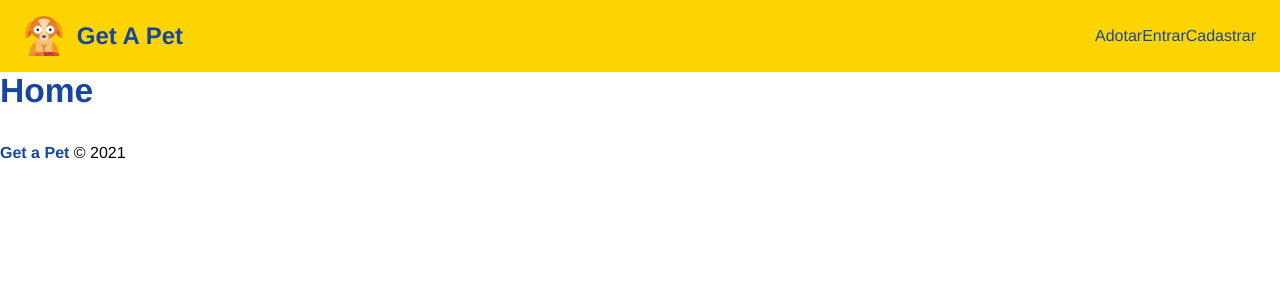
Repository: daviresende03/Get_a_Pet
Page: / (app in frontend/)
These files come from the project's save history. The page is drawn as it stood at one moment and after the next save; the edit follows.
The browser window is 1280 px wide. The pictures show the whole page.
The project was rebuilt for these pictures with package versions that can differ from the ones it lists, and the page was loaded fresh each time. Also part of the build but not shown: frontend/src/components/pages/Auth/Login.js, frontend/src/components/pages/Auth/Register.js.

Above is the page before, as saved 2023-02-17 23:22:57.

After the next save:
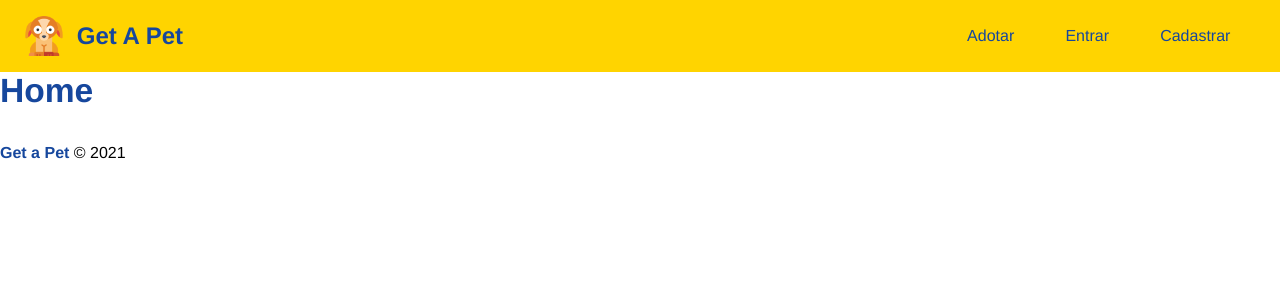
Saved 21 s later.
--- a/frontend/src/components/layout/Navbar.module.css
+++ b/frontend/src/components/layout/Navbar.module.css
@@ -27,4 +27,6 @@
     text-decoration: none;
     color: #16479D;
     cursor: pointer;
+    transition: .5s;
+    padding: .5em .8em;
 }
